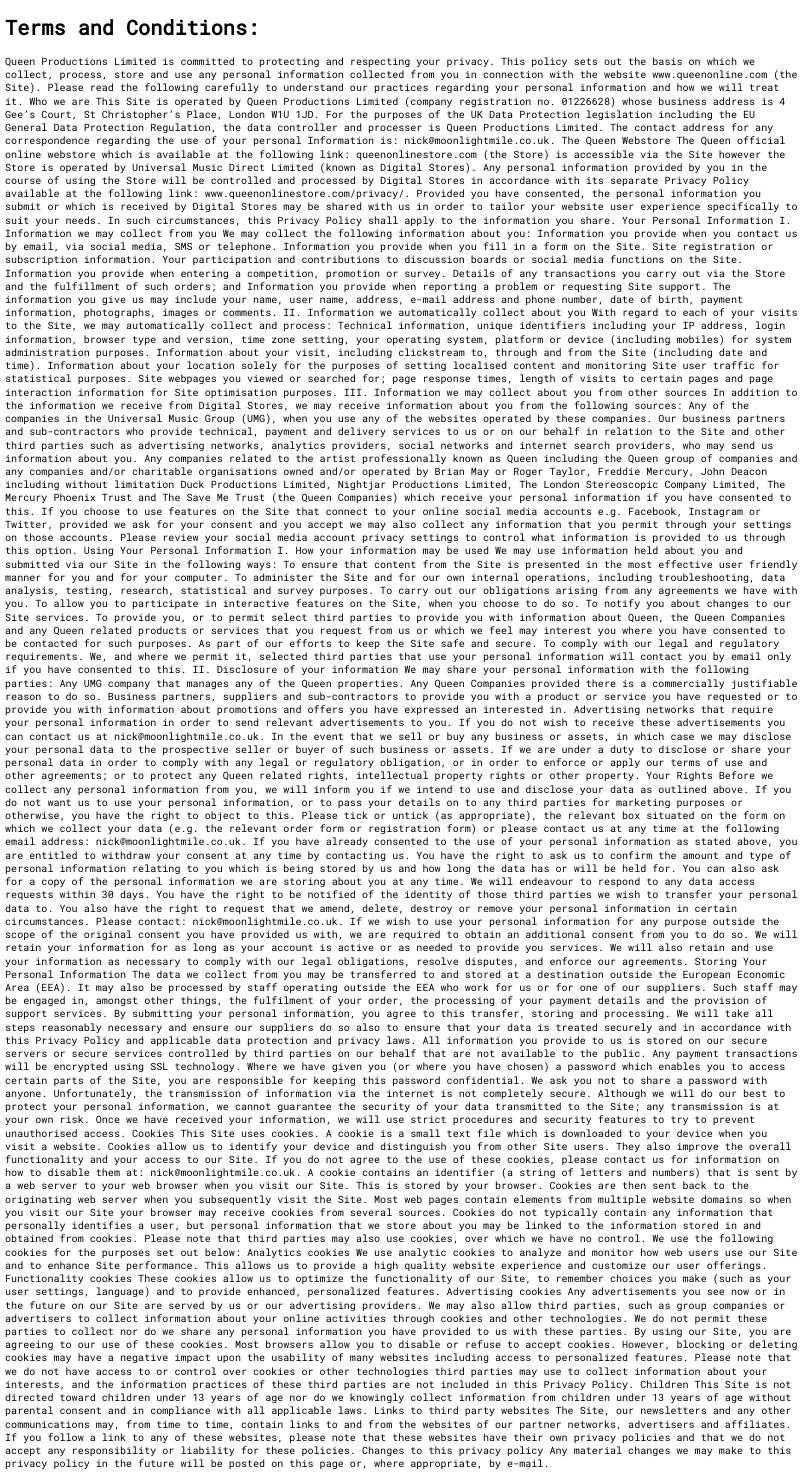
Repository: Olan1/Queen---The-Unofficial-Site
Page: terms-and-conditions.html
The author's editor kept a record of every edit. The page is drawn from the files as they stood at one moment, then again after the next edit.
The browser window is 1280 px wide. The pictures show the whole page, at 63% of full size.

Above is the page before.

After the next edit:
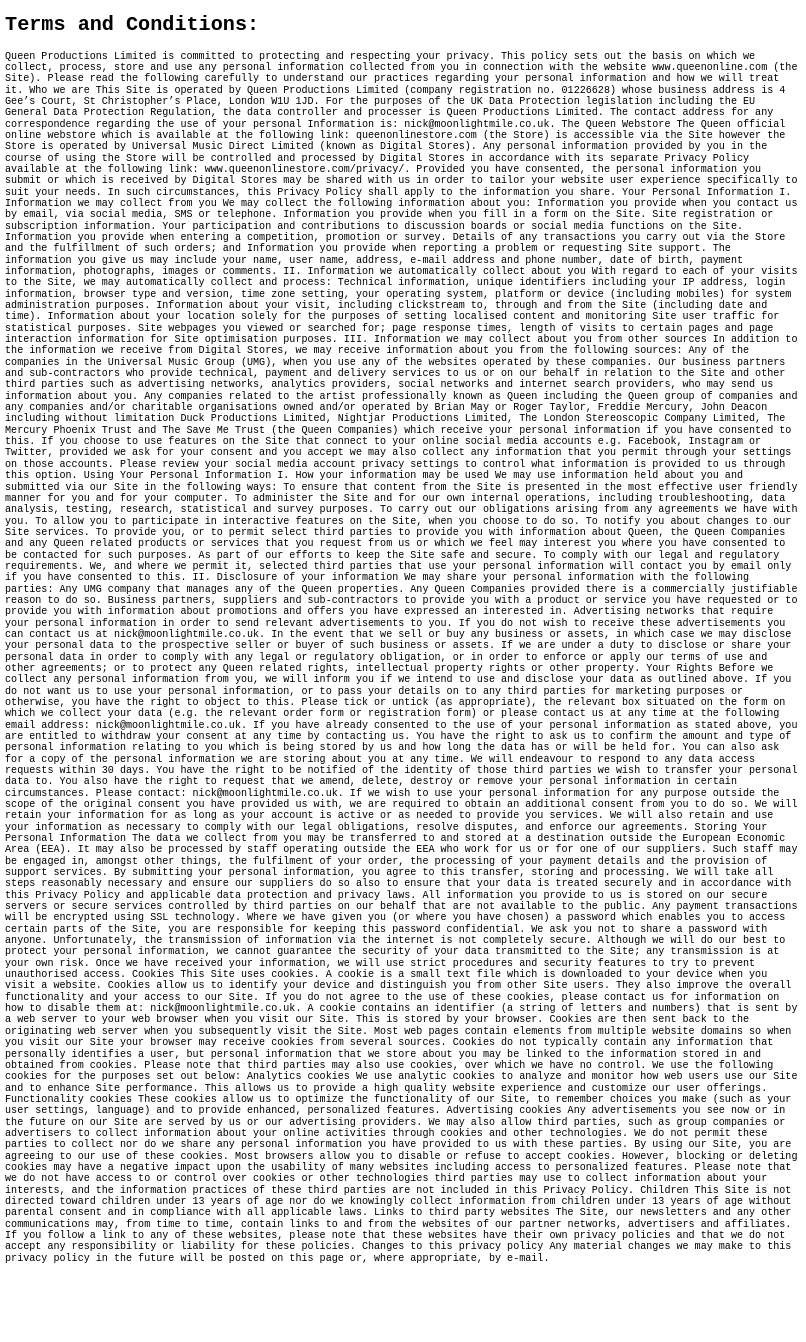
The edit:
--- a/terms-and-conditions.html
+++ b/terms-and-conditions.html
@@ -5,7 +5,7 @@
     <meta charset="UTF-8">
     <meta name="viewport" content="width=device-width, initial-scale=1.0">
     <meta http-equiv="X-UA-Compatible" content="ie=edge">
-    <link href="https://fonts.googleapis.com/css?family=Roboto+Mono&display=swap" rel="stylesheet">
+    <link href="https://fonts.googleapis.com/css?family=Karla&display=swap" rel="stylesheet">
     <title>Terms and Conditions</title>
     <style>
         body {
